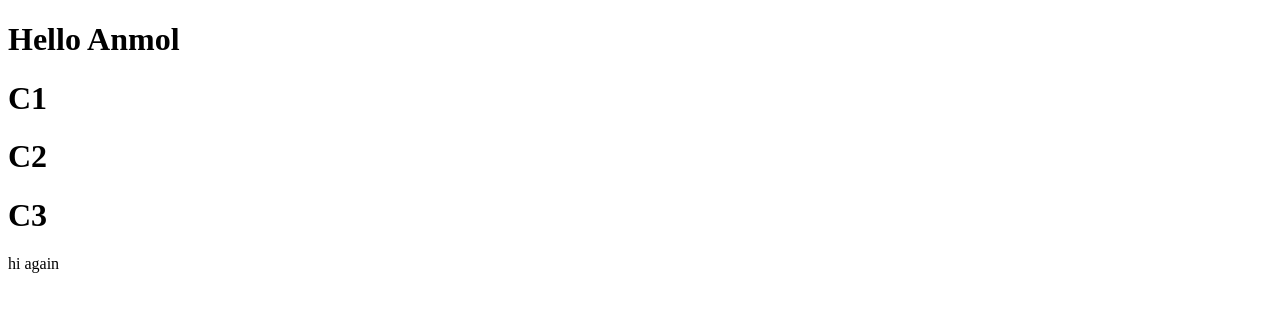
Repository: theanmol-raj/redux--
Page: /
An editor plug-in stored every save of this project. The page is shown before and after the next save, followed by the edit.
The browser window is 1280 px wide. The pictures show the whole page.
The project was rebuilt for these pictures with package versions that can differ from the ones it lists, and the page was loaded fresh each time. Also part of the build but not shown: src/index.css.

Above is the page before, as saved 2023-01-09 21:17:38.

After the next save:
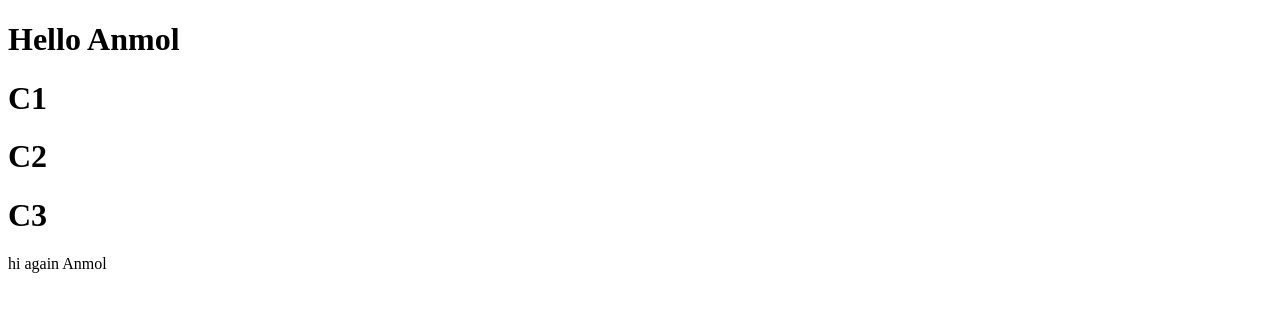
Saved 6 s later.
--- a/src/App.js
+++ b/src/App.js
@@ -22,7 +22,7 @@ function C3({va}){
 function C4({va}){
   return <div>
     {/* hi again {va} */}
-    <p>hi again {}</p>
+    <p>hi again {va}</p>
   </div>
 }
 
